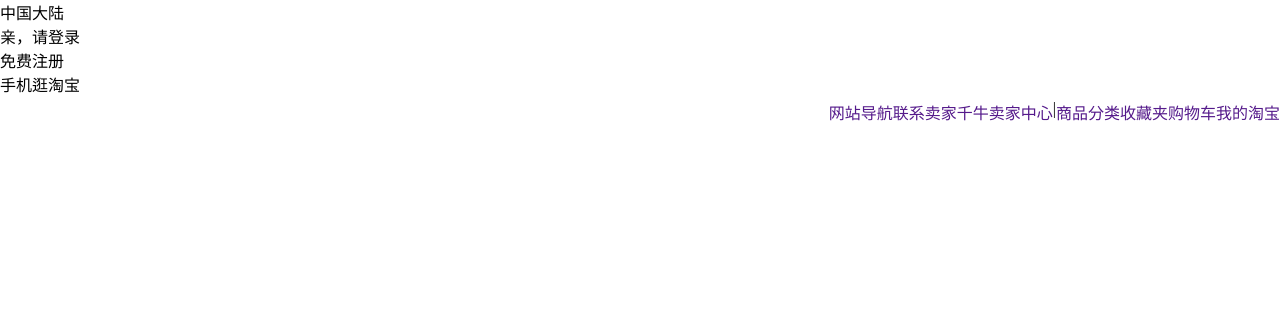
Repository: lafengdetudou/llianxi
Page: 123.html
The author's editor kept a copy of each file at every save. The page is drawn from the files as they stood at one save, then again after the next save.
The browser window is 1280 px wide. The pictures show the whole page.

Above is the page before, as saved 2023-03-13 21:00:22.

### 123.html
<!DOCTYPE html>
<html lang="en">
<head>
    <meta charset="UTF-8">
    <meta http-equiv="X-UA-Compatible" content="IE=edge">
    <meta name="viewport" content="width=device-width, initial-scale=1.0">
    <title>Document</title>
    <link rel="stylesheet" href="./css/index.css">
</head>
<body>
    <div id="top">
        <!-- 左边盒子 -->
        <div id="toplefttext">
            <div class="leftbox">
                <ul>
                    <li>中国大陆</li>
                    <li>亲，请登录</li>
                    <li>免费注册</li>
                    <li>手机逛淘宝</li>
                </ul>
            </div>
        </div>
        <div id="toprighttext">
            <div class="rightbox">
                <ul>
                    <li><a href="">我的淘宝</a></li>
                    <li><a href="">购物车</a></li>
                    <li><a href="">收藏夹</a></li>
                    <li><a href="">商品分类</a></li>
                    <li>|</li>
                    <li><a href="">千牛卖家中心</a></li>
                    <li><a href="">联系卖家</a></li>
                    <li><a href="">网站导航</a></li>
                </ul>
            </div>
        </div>
    </div>
</body>
</html>

### css/index.css
*{
    margin: 0;
    padding: 0;
}
li{
    list-style: none;
}
a{
    text-decoration: none;
}
#top{
    height: 105px;
}
#toplefttext{
    height: 100px;
    width: 600px;

}
.toplefttext ul li{
    float: left;

}
#toprighttext{
    height: 100px;
    width: 600px;
    float: right;
}
#toprighttext ul li{
    float: right;
}

After the next save:
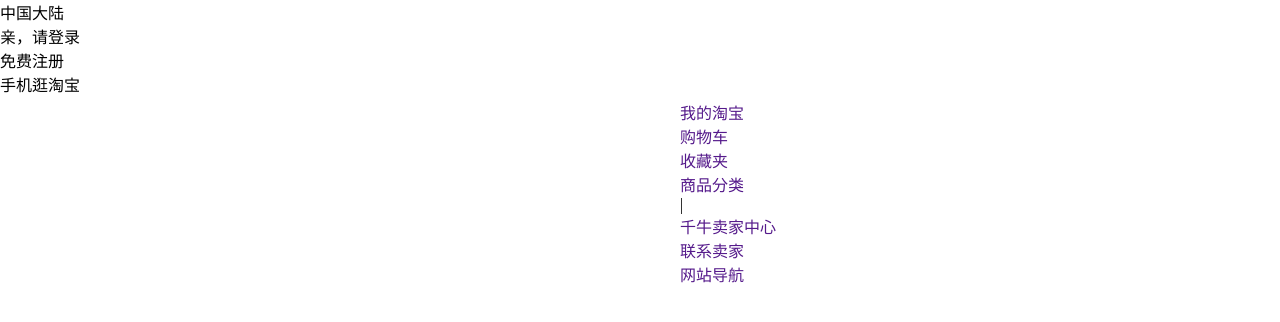
Saved 8 s later.
--- a/css/index.css
+++ b/css/index.css
@@ -25,6 +25,6 @@
     width: 600px;
     float: right;
 }
-#toprighttext ul li{
+.toprighttext ul li{
     float: right;
 }

After the save that followed:
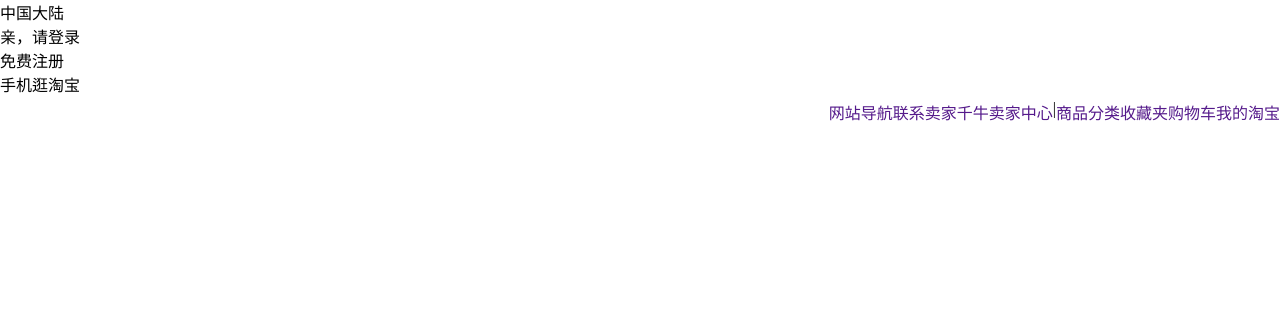
Saved 38 s later.
--- a/css/index.css
+++ b/css/index.css
@@ -25,6 +25,6 @@
     width: 600px;
     float: right;
 }
-.toprighttext ul li{
+.rightbox ul li{
     float: right;
 }
